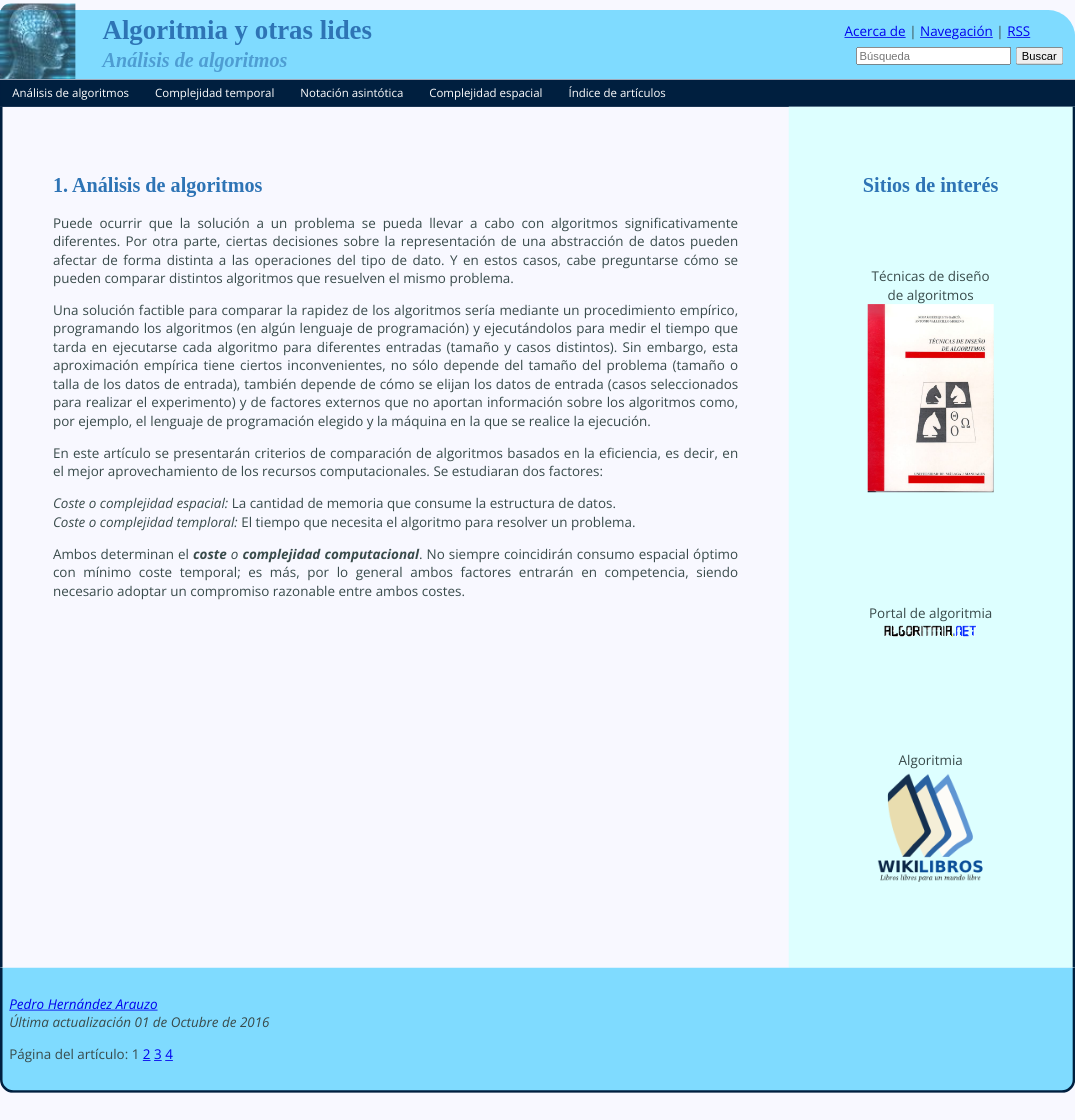
Repository: dgsama/Curso17
Page: SEW/WorkSpace/Practica04/index.html
An editor plug-in stored every save of this project. The page is shown before and after the next save, followed by the edit.
The browser window is 1280 px wide. The pictures show the whole page, at 84% of full size.
Some web fonts or font styles are not loaded; a fallback is used.

Above is the page before, as saved 2016-10-26 09:42:38.

### SEW/WorkSpace/Practica04/index.html
<!DOCTYPE html>
<html xmlns="http://www.w3.org/1999/xhtml" lang="es" xml:lang="es">
<head>
<meta charset="UTF-8" />
<title>Análisis de algoritmos</title>
<link rel="stylesheet" type="text/css"
href="estilo.css" media="screen"/>
<style type="text/css">
/*<![CDATA[
body {
    counter-reset: c1;
}

section h2:before {
    counter-increment: c1;
    content: counter(c1) ". ";
}
]]>*/
</style>
</head>
<body>
  <header>
    <h1>
      <a href="#" title="Página inicial del blog" tabindex="1"><img
      src="algoritmia.jpg" alt="logo"/>Algoritmia y otras lides</a>
    </h1>
    <h2>Análisis de algoritmos</h2>
    <ul id="ayuda">
      <li><a href="#">Acerca de</a></li>
      <li><a href="#">Navegación</a></li>
      <li><a href="#">RSS</a></li>
      <li>
        <form method="post" action="#">
		  <fieldset>
			<input type="search" size="20" placeholder="Búsqueda"/>
			<input type="submit" value="Buscar"/>
		  </fieldset>
        </form>
      </li>
    </ul>
  </header>
  <nav>
    <ul>
      <li><a href="#" accesskey="1">Análisis de algoritmos</a></li>
      <li><a href="temporal.html" accesskey="2">Complejidad
      temporal</a></li>
      <li><a href="notacion.html" accesskey="3">Notación
      asintótica</a></li>
      <li><a href="espacial.html" accesskey="4">Complejidad
      espacial</a></li>
      <li><a href="#" accesskey="5">Índice de artículos</a></li>
    </ul>
  </nav>
  <section id="main">
    <h2>1. Análisis de algoritmos</h2>
    <p>Puede ocurrir que la solución a un problema se pueda llevar a
      cabo con algoritmos significativamente diferentes. Por otra parte,
      ciertas decisiones sobre la representación de una abstracción de
      datos pueden afectar de forma distinta a las operaciones del tipo
      de dato. Y en estos casos, cabe preguntarse cómo se pueden
      comparar distintos algoritmos que resuelven el mismo problema.</p>
    <p>Una solución factible para comparar la rapidez de los
      algoritmos sería mediante un procedimiento empírico, programando
      los algoritmos (en algún lenguaje de programación) y ejecutándolos
      para medir el tiempo que tarda en ejecutarse cada algoritmo para
      diferentes entradas (tamaño y casos distintos). Sin embargo, esta
      aproximación empírica tiene ciertos inconvenientes, no sólo
      depende del tamaño del problema (tamaño o talla de los datos de
      entrada), también depende de cómo se elijan los datos de entrada
      (casos seleccionados para realizar el experimento) y de factores
      externos que no aportan información sobre los algoritmos como, por
      ejemplo, el lenguaje de programación elegido y la máquina en la
      que se realice la ejecución.</p>
    <p>En este artículo se presentarán criterios de comparación de
      algoritmos basados en la eficiencia, es decir, en el mejor
      aprovechamiento de los recursos computacionales. Se estudiaran dos
      factores:</p>
    <dl>
      <dt>Coste o complejidad espacial</dt>
      <dd>La cantidad de memoria que consume la estructura de
        datos.</dd>
      <dt>Coste o complejidad temploral</dt>
      <dd>El tiempo que necesita el algoritmo para resolver un
        problema.</dd>
    </dl>
    <p>Ambos determinan el <dfn><strong>coste</strong> o
      <strong>complejidad computacional</strong></dfn>. No siempre
      coincidirán consumo espacial óptimo con mínimo coste temporal; es
      más, por lo general ambos factores entrarán en competencia, siendo
      necesario adoptar un compromiso razonable entre ambos costes.</p>
  </section>
  <aside>
    <h2>Sitios de interés</h2>
    <div>
      <figure>
        <figcaption>Técnicas de diseño de algoritmos</figcaption>
        <p><a href="http://www.lcc.uma.es/~av/Libro/"><img src="tda.jpg"
        alt="Libro de algoritmia"/></a></p>
      </figure>
      <figure>
        <figcaption>Portal de algoritmia</figcaption>
        <p><a href="http://www.algoritmia.net/"><img src="anet.gif"
		alt="Portal de algoritmia"/></a></p>
      </figure>
      <figure>
        <figcaption>Algoritmia</figcaption>
        <p><a href="http://es.wikibooks.org/wiki/Algoritmia"><img
        src="Wbooks.png" alt="Libro de algoritmia"/></a></p>
      </figure>
    </div>
  </aside>
  <footer>
    <address>
      <p>
        <a href="mailto:phernandez@uniovi.es"
         title="Escrito por Pedro Hernández">Pedro Hernández Arauzo</a>
         <br/>Última actualización
         <time datetime="2016-10-01">01 de Octubre de 2016</time>
      </p>
    </address>
    <p>
        Página del artículo: 1 <a href="temporal.html">2</a>
        <a href="notacion.html">3</a> <a href="espacial.html">4</a>
    </p>
  </footer>
</body>
</html>

### SEW/WorkSpace/Practica04/estilo.css
@charset "UTF-8";

@import
    url("http://fonts.googleapis.com/css?family=Source+Code+Pro:300,400,700|Droid+Serif:700|Open+Sans:400italic,700italic,400,700")
    ;

body {
    font-family: 'Open Sans', sans-serif;
    color: #394b4b;
    background-color: #f8f8ff;
    text-align: justify;
    margin: 0.75em 0;
    padding: 0;
}

section, aside {
    margin: 0;
    border-left: 3px solid #001f3f;
    border-right: 3px solid #001f3f;
}

aside {
    padding: 0 4em 1.5em 4em;
}

h1, h2, h3, h4, h5, h6 {
    font-family: 'Droid Serif', serif;
    color: rgb(46, 116, 181);
}

h1 a, h1 a:link, h1 a:visited {
    color: inherit;
    text-decoration: none;
}

header {
    background-color: #7fdbff;
    min-height: 82px;
    border-top-right-radius: 2em;
}

header img {
    float: left;
    opacity: 0.7;
    width: 90px;
    height: 90px;
    margin-top: -13px;
    margin-right: 1em;
    border-top-left-radius: 0.4em;
}

header h1, header h2 {
    margin: 0;
    padding: 5px 0 0 0;
}

header h2 {
    font-style: italic;
    opacity: 0.6;
}

nav {
    font-size: 90%;
}

nav>ul {
    list-style: none;
    margin: 1px 0 0 0;
    padding: 0;
    background-color: #001f3f;
    border: 1px solid #001f3f;
    font-size: 95%;
}

nav li {
    color: rgb(100%, 100%, 100%);
    margin: 0;
    padding: 0;
    display: inline-block;
    padding: 0;
}

nav a {
    display: block; /* para que el hiperv�nculo se active desde
						cualquier parte de la caja que se genera */
    padding: 0.4em 1em;
}

nav a:hover {
    background-color: #0074d9;
}

nav a:link, nav a:visited {
    color: rgb(100%, 100%, 100%);
    text-decoration: none;
}

.ecuacion, code, #Tabla3 thead th:nth-child(n+2) {
    font-family: 'Source Code Pro', monospace;
}

.ecuacion, #Tabla3 thead th:nth-child(n+2) {
    font-style: oblique;
}

pre>code {
    font-size: 16px;
}

figure, figure>p {
    margin: 0;
    padding: 0;
}

figure>pre, figure>table {
    margin-bottom: 0.15em;
}

figure>pre {
    font-size: 1em;
}

section figcaption::before {
    content: attr(title) ". ";
    font-weight: 700;
}

section figcaption {
    font-size: 85%;
    font-style: italic;
}

#Figura3 img {
    width: 578px;
    height: 268px;
}

table {
    border-collapse: collapse;
}

th, td {
    border: 1px solid rgb(40%, 40%, 40%);
    padding: 2px 0.5em;
}

#Tabla3 caption {
    color: rgb(46, 116, 181);
    font-style: italic;
    font-weight: bold;
    margin-bottom: 0.2em;
}

footer {
    clear: both;
    min-height: 50px;
    background-color: #7fdbff;
    margin-bottom: 2em;
    padding: 1em 0.5em;
    border-left: 3px solid #001f3f;
    border-right: 3px solid #001f3f;
    border-bottom: 3px solid #001f3f;
    border-bottom-left-radius: 1em;
    border-bottom-right-radius: 1em;
}

#ayuda {
    list-style-type: none;
    float: right;
    margin-top: -60px;
}

#ayuda fieldset {
    border: none;
}

#ayuda li {
    display: inline;
}

#ayuda li:nth-last-child(n+3)::after {
    content: " |";
}

dt, dd {
    display: inline;
}

dt::after {
    content: ": ";
}

dt {
    font-style: italic;
}

dd {
    margin-left: 0;
}

dd:after {
    display: block;
    content: " ";
}

#main {
    padding: 60px;
}

pre {
    margin-left: 3cm;
}

pre+figcaption {
    margin-left: 3cm;
}

table {
    margin: auto;
}

.center {
    text-align: center;
}

#Figura4 {
    float: left;
    width: 39%;
    text-align: center;
    margin-left: 10%;
}

#Figura5 {
    float: right;
    width: 39%;
    text-align: center;
    margin-right: 10%;
}

h4 {
    clear: both;
}

#Tabla3 th {
    background-color: #00BFFF;
    color: #0404B4;
    font-size: 20px;
}

#Tabla3 tbody {
    background: white;
}

#Tabla3 tbody>tr:nth-child(2n) {
    background: #A9F5F2;
}

aside {
    text-align: center;
}

aside div {
    display: flex;
    flex: auto;
    justify-content: center;
}

aside figure {
    padding: 4em;
    text-align: center;
}

aside img {
    max-width: 150px;
}

@media screen and (min-width:900px) {
    aside div {
        flex-direction: column;
        min-height: 600px;
    }
    aside {
        border-left: 0;
        padding: 2em 1.5em;
        display: table-cell;
        background-color: #DDFFFF;
    }
    #main {
        border-right: 0;
        display: table-cell;
    }
}

After the next save:
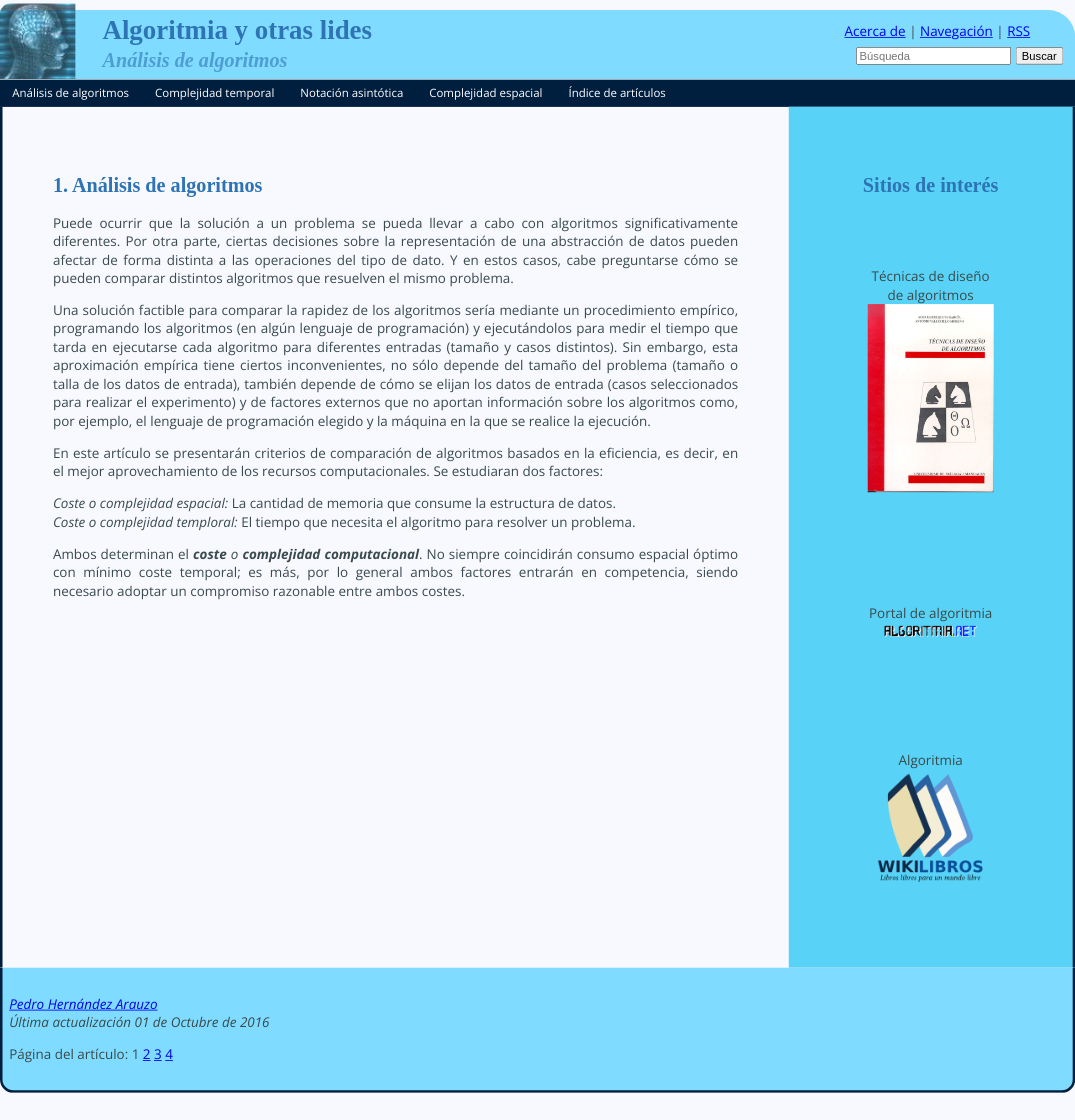
Saved 12 s later.
--- a/SEW/WorkSpace/Practica04/estilo.css
+++ b/SEW/WorkSpace/Practica04/estilo.css
@@ -283,7 +283,7 @@
         border-left: 0;
         padding: 2em 1.5em;
         display: table-cell;
-        background-color: #DDFFFF;
+        background-color: #58D3F7;
     }
     #main {
         border-right: 0;
